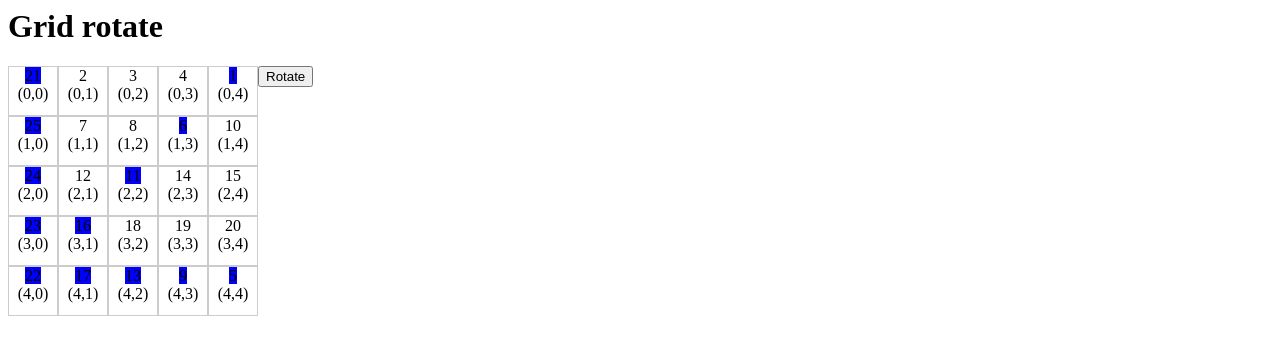
Repository: rashko/rotatematrix
Page: index.html
An editor plug-in stored every save of this project. The page is shown before and after the next save, followed by the edit.
The browser window is 1280 px wide. The pictures show the whole page.
After loading, the first visible `#rotator` was clicked once.

Above is the page before, as saved 2018-07-07 22:51:55.

After the next save:
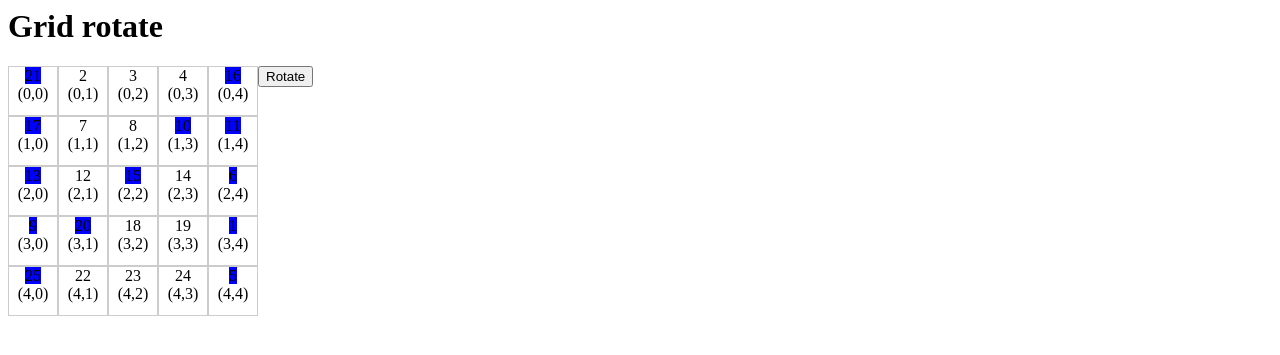
Saved 2 min 18 s later.
--- a/index.html
+++ b/index.html
@@ -65,7 +65,7 @@
         // for(y = 0; y < GRID_SIZE; y++){
             // get first cell and put in line
             y = 0;
-            rotGroup(y, x);
+            rotGroup(x, y);
         // }
     }
 }
@@ -84,7 +84,7 @@
     GRID_SIZE, x            => bottom left
     */
 
-    var topLeft = matrix[left][top];
+    var topLeft = matrix[top][left];
     var bottomLeft = matrix[right][top];
     var bottomRight = matrix[right][bottom];
     var topRight = matrix[left][bottom];

After the save that followed:
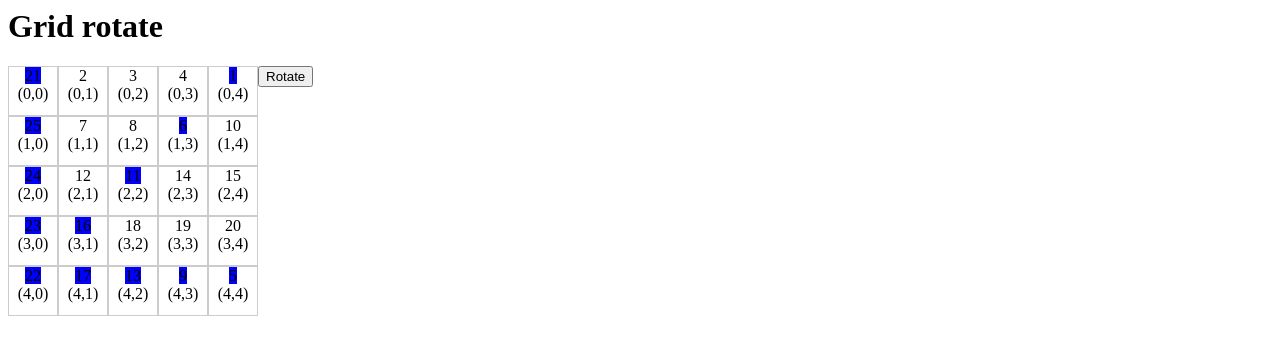
Saved 66 s later.
--- a/index.html
+++ b/index.html
@@ -85,9 +85,9 @@
     */
 
     var topLeft = matrix[top][left];
-    var bottomLeft = matrix[right][top];
-    var bottomRight = matrix[right][bottom];
-    var topRight = matrix[left][bottom];
+    var bottomLeft = matrix[bottom][left];
+    var bottomRight = matrix[bottom][right];
+    var topRight = matrix[top][right];
 
     if(topLeft.moved) return false;
     mem = topLeft.value;
